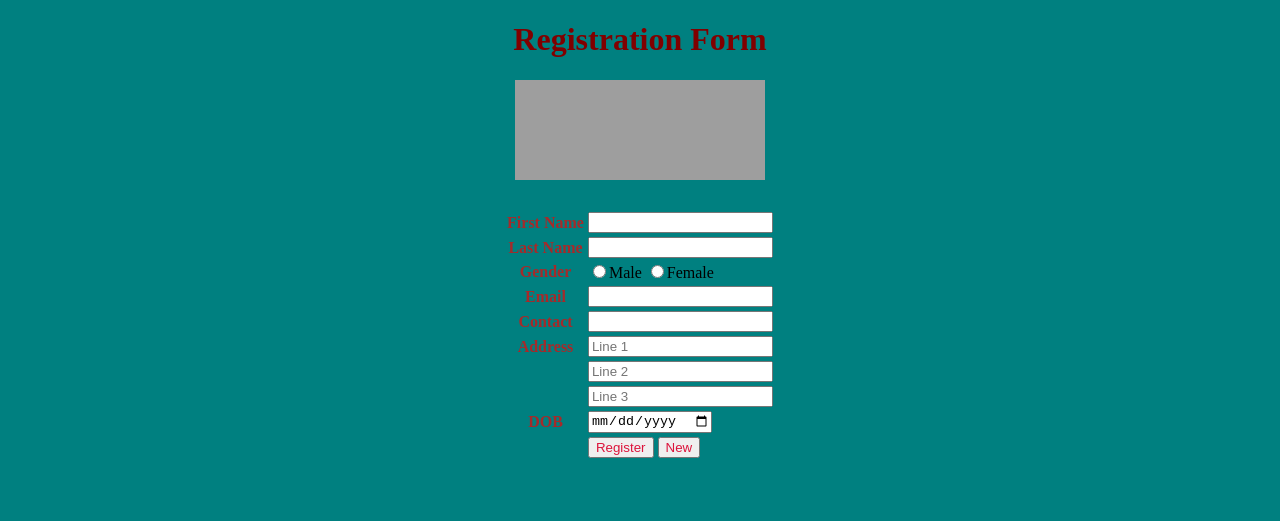
Repository: raviraj226/AdvanceJava
Page: http://localhost/Ravi_Maven/RegistrationForm.jsp
These files come from the project's save history. The page is drawn as it stood at one moment and after the next save; the edit follows.
The browser window is 1280 px wide. The pictures show the whole page.
Pictures or frames that could not be fetched are drawn as grey boxes. The page is served by Tomcat 9. Other server files are loaded and not shown.

Above is the page before, as saved 2022-03-11 11:06:33.

### Advance Java/Ravi_Maven/src/main/webapp/RegistrationForm.jsp
<%@ page language="java" contentType="text/html; charset=ISO-8859-1"
    pageEncoding="ISO-8859-1"%>
<!DOCTYPE html>
<html>
<head>
<meta charset="ISO-8859-1">
<title>Insert title here</title>
</head>
<body bgcolor="teal">
<h1 align="center" style="color:maroon;">Registration Form</h1>
    <h1 align="center"><img src="D:\Learning Java\UI\download.png" width="250px" height="100px"></h1>
    <form>
        <table align="center">
            <tr>
                <th><label for="fName" style="color: brown;">First Name</label></th>
                <td><input id="fname" type="text"></td>
            </tr>
            <tr>
                <th><label for="fName" style="color: brown;">Last Name</label></th>
                <td><input id="fname" type="text"></td>
            </tr>
            <tr>
                <th><label for="fname" style="color: brown;">Gender</label></th>
                <td>
                    <input type="radio" name="new">Male
                    <input type="radio" name="new">Female
                </td>
            </tr>
            <tr>
                <th><label for ="email" style="color: brown;">Email</label></th>
                <td><input type ="email"> </td>
            </tr>
            <tr>
                <th>
                    <label for="fName" style="color: brown;">Contact</label>
                </th>
                <td>
                    <input type = "number" >
                </td>
            </tr>
            <tr>
                <th>
                    <label for="fName" style="color: brown;">Address</label>
                </th>
                <td>
                    <input type="fname" placeholder="Line 1">
                </td>
            </tr>
            <tr>
                <th>
                    <td>
                        <input type="fname" placeholder="Line 2">
                    </td>
                </th>
            </tr>
            <tr>
                <th>
                    <td>
                        <input type="fname" placeholder="Line 3">
                    </td>
                </th>
            </tr>
            <tr>
                <th>
                    <label for="fName" style="color: brown;">DOB</label>
                </th>
                <td>
                    <input type="date">
                </td>
            </tr>

            <tr>
                <th></th>
                <td>
                    <input type="submit" value="Register" style="color: crimson;">
                    <input type="button" value="New" style="color: crimson;">
                </td>
            </tr>
        </table>
    </form>
</body>
</html>

After the next save:
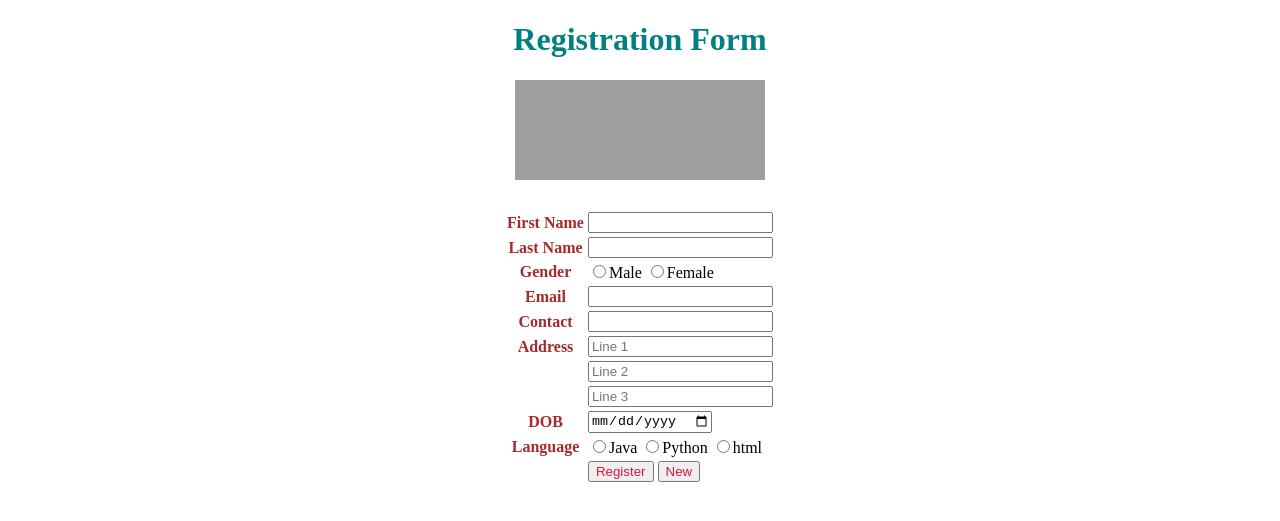
Saved 4 min 8 s later.
--- a/Advance Java/Ravi_Maven/src/main/webapp/RegistrationForm.jsp
+++ b/Advance Java/Ravi_Maven/src/main/webapp/RegistrationForm.jsp
@@ -6,8 +6,8 @@
 <meta charset="ISO-8859-1">
 <title>Insert title here</title>
 </head>
-<body bgcolor="teal">
-<h1 align="center" style="color:maroon;">Registration Form</h1>
+<body bgcolor="">
+<h1 align="center" style="color:teal;">Registration Form</h1>
     <h1 align="center"><img src="D:\Learning Java\UI\download.png" width="250px" height="100px"></h1>
     <form>
         <table align="center">
@@ -68,7 +68,16 @@
                     <input type="date">
                 </td>
             </tr>
-
+            <tr>
+                <th>
+                    <label for="fName" style="color: brown;">Language</label>
+                </th>
+                <td>
+                    <input type="radio" name="1">Java
+                    <input type="radio" name="1">Python
+                    <input type="radio" name="2">html
+                </td>
+            </tr>
             <tr>
                 <th></th>
                 <td>

After the save that followed:
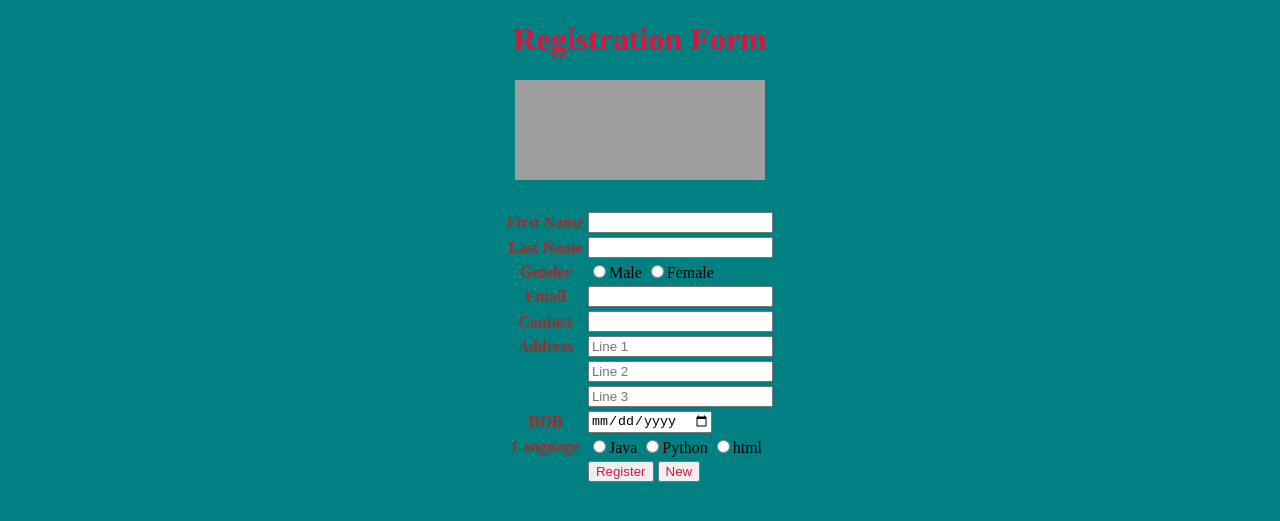
Saved 39 s later.
--- a/Advance Java/Ravi_Maven/src/main/webapp/RegistrationForm.jsp
+++ b/Advance Java/Ravi_Maven/src/main/webapp/RegistrationForm.jsp
@@ -6,8 +6,8 @@
 <meta charset="ISO-8859-1">
 <title>Insert title here</title>
 </head>
-<body bgcolor="">
-<h1 align="center" style="color:teal;">Registration Form</h1>
+<body bgcolor="teal">
+<h1 align="center" style="color:crimson;">Registration Form</h1>
     <h1 align="center"><img src="D:\Learning Java\UI\download.png" width="250px" height="100px"></h1>
     <form>
         <table align="center">
